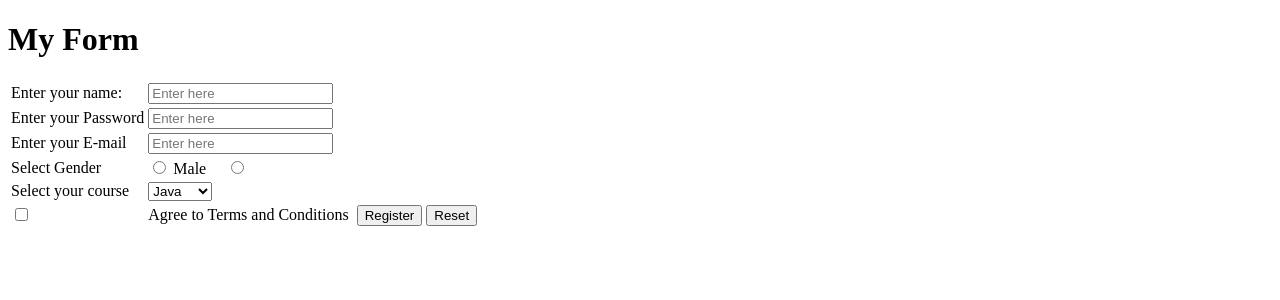
Repository: Amit7Akt/EJB
Page: FormSubmission/src/main/webapp/index.html
An editor plug-in stored every save of this project. The page is shown before and after the next save, followed by the edit.
The browser window is 1280 px wide. The pictures show the whole page.

Above is the page before, as saved 2022-11-22 06:41:22.

### FormSubmission/src/main/webapp/index.html
<!DOCTYPE html>
<html lang = "en">
	<head>
		<meta charset= "UTF-8">
		<title>Form Page</title>
		<style type="text/css">
			.container{
				width: 40%;
				border : 1px solid e2e2e2;
				}


		</style>

	</head>
	<body>
		<div class = "container">
			<h1> My Form</h1>
			<form action = "RegisterServlet " mehod = "post">
				<table>
					<tr>
						<td>Enter your name:</td>
						<td> <input type = "text" name = "user_name" placeholder = "Enter here"/> </td>
					</tr>
					<tr>
						<td>Enter your Password	</td>
						<td><input type = "Password" name = "user_password" placeholder= "Enter here"/></td>
					</tr>
					<tr>
						<td>Enter your E-mail</td>
						<td><input type = "email" name = "user_name" placeholder = "Enter here" /> </td>
					</tr>

					<tr>
						<td> Select Gender</td>
						<td> <input type = "radio" name = "user_gender" value = "male"> Male &nbsp; &nbsp; <input type = "radio" name = "user_gender" value = "female"></td>
					</tr>

					<tr>
						<td>
							Select your course
						</td>
						<td>
							<select name = "user_course" >
								<option value ="Java"> Java</option>
								<option value = "Php"> Php </option>
								<option value = "Python"> Python </option>
								<option value = "Ruby">Ruby </option>
							</select>
						</td>
					</tr>

					<tr>
						<td style = "text_align: center">
							<input type = "checkbox" value= "checked" name = "condition" />
						</td>
						<td>
							Agree to Terms and Conditions
						</td>

						<td>

						</td>

						<td>
							<button type = "submit"> Register</button>
							<button type = "reset"> Reset</button>
						</td>




				</table>

			</form>

		</div>

	</body>

</html>

After the next save:
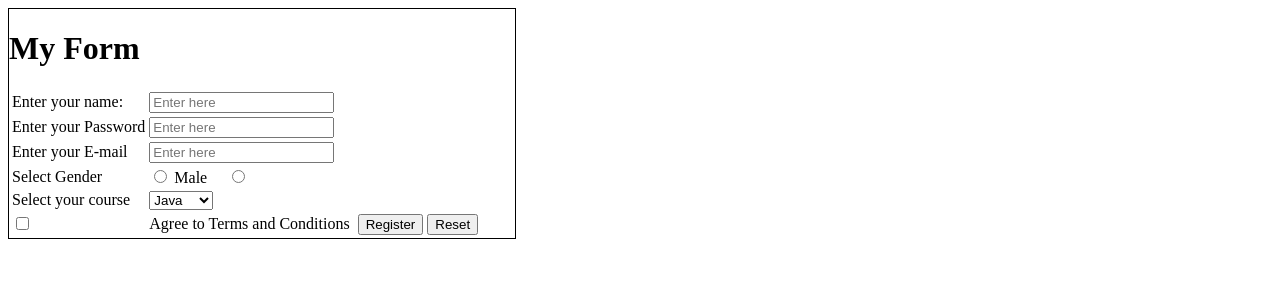
Saved 29 s later.
--- a/FormSubmission/src/main/webapp/index.html
+++ b/FormSubmission/src/main/webapp/index.html
@@ -6,7 +6,8 @@
 		<style type="text/css">
 			.container{
 				width: 40%;
-				border : 1px solid e2e2e2;
+				border : 1px solid black;
+				margin auto;
 				}
 
 
